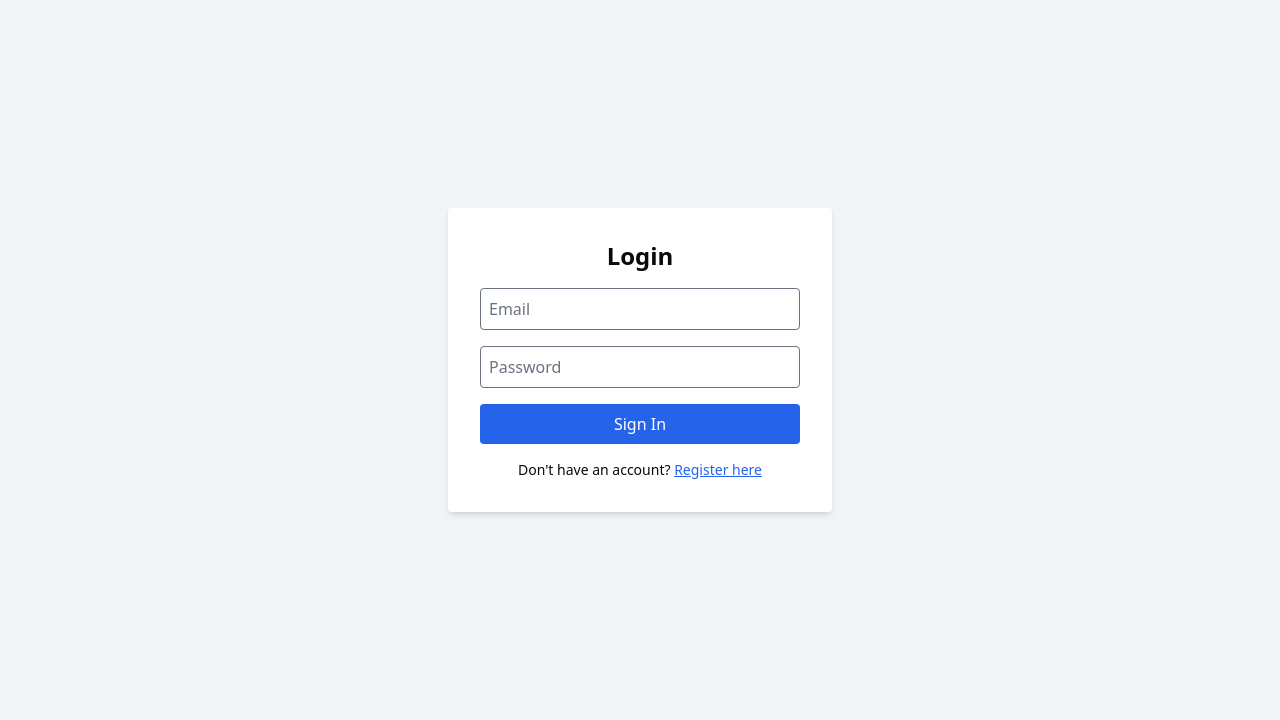
Repository: ruthvik-mt/Trackifi
Page: /login (app in frontend/)
An editor plug-in stored every save of this project. The page is shown before and after the next save, followed by the edit.
The browser window is 1280 px wide. The pictures show the whole page.
The project was rebuilt for these pictures with package versions that can differ from the ones it lists, and the page was loaded fresh each time. Also part of the build but not shown: frontend/vite.config.ts, frontend/src/pages/Auth/Register.tsx, frontend/src/components/Sidebar.tsx, frontend/src/components/Navbar.tsx, frontend/src/pages/Dashboard/Layout.tsx, frontend/src/pages/Dashboard/Dashboard.tsx, frontend/src/pages/Categories/CategoryForm.tsx, frontend/src/api/category.ts and 19 more.

Above is the page before, as saved 2025-07-14 14:31:21.

### frontend/index.html
<!DOCTYPE html>
<html lang="en">
  <head>
    <meta charset="UTF-8" />
    <title>Finance Tracker</title>
  </head>
  <body>
    <div id="root"></div>
    <script type="module" src="/src/main.tsx"></script>
  </body>
</html>

### frontend/src/main.tsx
// import React from "react";
// import ReactDOM from "react-dom/client";
// import App from "./App";
// import "./tailwind.css";

// import { BrowserRouter as Router } from "react-router-dom";
// import { AuthProvider } from "./context/AuthProvider";

// ReactDOM.createRoot(document.getElementById("root")!).render(
//   <React.StrictMode>
//     <Router>
//       <AuthProvider>
//         <App />
//       </AuthProvider>
//     </Router>
//   </React.StrictMode>
// );

import React from "react";
import ReactDOM from "react-dom/client";
import App from "./App";
import "./tailwind.css";
import { AuthProvider } from "./context/AuthProvider";
import { BrowserRouter as Router } from "react-router-dom"; // ✅ Add this

ReactDOM.createRoot(document.getElementById("root")!).render(
  <React.StrictMode>
    <Router> {/* ✅ Wrap everything with Router */}
      <AuthProvider>
        <App />
      </AuthProvider>
    </Router>
  </React.StrictMode>
);

### frontend/src/App.tsx
import { Routes, Route, Navigate } from "react-router-dom";
import Login from "./pages/Auth/Login";
import Register from "./pages/Auth/Register";
import Dashboard from "./pages/Dashboard/Dashboard";
import CategoryList from "./pages/Categories/CategoryList";
import TransactionList from "./pages/Transactions/TransactionList";
import BudgetList from "./pages/Budgets/BudgetList";
import MonthlyTotal from "./pages/Insights/MonthlyTotal";
import CategoryBreakdown from "./pages/Insights/CategoryBreakdown";
import BudgetComparison from "./pages/Insights/BudgetComparison";
import ProtectedRoute from "./components/ProtectedRoute";

export default function App() {
  return (
    <Routes>
      {/* Auth Routes */}
      <Route path="/login" element={<Login />} />
      <Route path="/register" element={<Register />} />

      {/* Protected Routes */}
      <Route
        path="/dashboard"
        element={
          <ProtectedRoute>
            <Dashboard />
          </ProtectedRoute>
        }
      />
      <Route
        path="/categories"
        element={
          <ProtectedRoute>
            <CategoryList />
          </ProtectedRoute>
        }
      />
      <Route
        path="/transactions"
        element={
          <ProtectedRoute>
            <TransactionList />
          </ProtectedRoute>
        }
      />
      <Route
        path="/budgets"
        element={
          <ProtectedRoute>
            <BudgetList />
          </ProtectedRoute>
        }
      />

      {/* ✅ Fixed Insight Routes */}
      <Route
        path="/insights/monthly-total"
        element={
          <ProtectedRoute>
            <MonthlyTotal />
          </ProtectedRoute>
        }
      />
      <Route
        path="/insights/category-breakdown"
        element={
          <ProtectedRoute>
            <CategoryBreakdown />
          </ProtectedRoute>
        }
      />
      <Route
        path="/insights/budget-comparison"
        element={
          <ProtectedRoute>
            <BudgetComparison />
          </ProtectedRoute>
        }
      />

      {/* Fallback Route */}
      <Route path="*" element={<Navigate to="/login" />} />
    </Routes>
  );
}

### frontend/src/tailwind.css
@tailwind base;
@tailwind components;
@tailwind utilities;

@layer base {
  :root {
    --background: 0 0% 100%;
    --foreground: 0 0% 3.9%;
    --card: 0 0% 100%;
    --card-foreground: 0 0% 3.9%;
    --popover: 0 0% 100%;
    --popover-foreground: 0 0% 3.9%;
    --primary: 0 0% 9%;
    --primary-foreground: 0 0% 98%;
    --secondary: 0 0% 96.1%;
    --secondary-foreground: 0 0% 9%;
    --muted: 0 0% 96.1%;
    --muted-foreground: 0 0% 45.1%;
    --accent: 0 0% 96.1%;
    --accent-foreground: 0 0% 9%;
    --destructive: 0 84.2% 60.2%;
    --destructive-foreground: 0 0% 98%;
    --border: 0 0% 89.8%;
    --input: 0 0% 89.8%;
    --ring: 0 0% 3.9%;
    --chart-1: 12 76% 61%;
    --chart-2: 173 58% 39%;
    --chart-3: 197 37% 24%;
    --chart-4: 43 74% 66%;
    --chart-5: 27 87% 67%;
    --radius: 0.5rem;
  }

  .dark {
    --background: 0 0% 3.9%;
    --foreground: 0 0% 98%;
    --card: 0 0% 3.9%;
    --card-foreground: 0 0% 98%;
    --popover: 0 0% 3.9%;
    --popover-foreground: 0 0% 98%;
    --primary: 0 0% 98%;
    --primary-foreground: 0 0% 9%;
    --secondary: 0 0% 14.9%;
    --secondary-foreground: 0 0% 98%;
    --muted: 0 0% 14.9%;
    --muted-foreground: 0 0% 63.9%;
    --accent: 0 0% 14.9%;
    --accent-foreground: 0 0% 98%;
    --destructive: 0 62.8% 30.6%;
    --destructive-foreground: 0 0% 98%;
    --border: 0 0% 14.9%;
    --input: 0 0% 14.9%;
    --ring: 0 0% 83.1%;
    --chart-1: 220 70% 50%;
    --chart-2: 160 60% 45%;
    --chart-3: 30 80% 55%;
    --chart-4: 280 65% 60%;
    --chart-5: 340 75% 55%;
  }
}

@layer base {
  * {
    @apply border-border;
  }

  html, body {
    @apply bg-background text-foreground antialiased;
    min-height: 100%;
  }
}

### frontend/src/context/AuthProvider.tsx
// import { ReactNode, useCallback, useEffect, useState } from "react";
// import { AuthContext } from "./AuthContext";
// import { User } from "@/types/Auth";
// import { getCurrentUser } from "@/api/user";
// import { useNavigate } from "react-router-dom";

// interface Props {
//   children: ReactNode;
// }

// export const AuthProvider = ({ children }: Props) => {
//   const [token, setToken] = useState<string | null>(() =>
//     localStorage.getItem("token")
//   );
//   const [user, setUser] = useState<User | null>(null);
//   const navigate = useNavigate();

//   const logout = useCallback(() => {
//     localStorage.removeItem("token");
//     setToken(null);
//     setUser(null);
//     navigate("/login");
//   }, [navigate]);

//   const fetchUser = useCallback(async () => {
//     try {
//       const userData = await getCurrentUser();
//       setUser(userData);
//     } catch (err) {
//       console.error("Failed to fetch user:", err);
//       logout();
//     }
//   }, [logout]);

//   const login = useCallback(
//     (newToken: string) => {
//       localStorage.setItem("token", newToken);
//       setToken(newToken);
//       fetchUser();
//     },
//     [fetchUser]
//   );

//   useEffect(() => {
//     if (token) {
//       fetchUser();
//     }
//   }, [token, fetchUser]);

//   return (
//     <AuthContext.Provider value={{ token, user, login, logout }}>
//       {children}
//     </AuthContext.Provider>
//   );
// };

import { useState, useEffect } from "react";
import { AuthContext } from "./AuthContext";
import axios from "../axios";

export const AuthProvider = ({ children }: { children: React.ReactNode }) => {
  const [token, setToken] = useState<string | null>(() => localStorage.getItem("token"));

  // Set Authorization header on load (if token exists)
  useEffect(() => {
    if (token) {
      axios.defaults.headers.common["Authorization"] = `Bearer ${token}`;
    }
  }, [token]);

  const login = async (email: string, password: string) => {
    const res = await axios.post("/api/auth/login", { email, password });
    const jwt = res.data.token;

    setToken(jwt);
    localStorage.setItem("token", jwt);
    axios.defaults.headers.common["Authorization"] = `Bearer ${jwt}`; // ✅ set globally
  };

  const logout = () => {
    setToken(null);
    localStorage.removeItem("token");
    delete axios.defaults.headers.common["Authorization"]; // ✅ remove on logout
  };

  return (
    <AuthContext.Provider value={{ token, login, logout }}>
      {children}
    </AuthContext.Provider>
  );
};

### frontend/src/pages/Auth/Login.tsx
// // src/pages/Auth/Login.tsx
// import { useState } from "react";
// import { login as loginApi } from "@/api/auth";  // ✅ alias to avoid name clash
// import { useAuth } from "@/hooks/useAuth";
// import { useNavigate } from "react-router-dom";
// import FormInput from "@/components/FormInput";
// import axios from "axios";

// const Login = () => {
//   const [email, setEmail] = useState("");
//   const [password, setPassword] = useState("");
//   const { login: setToken } = useAuth(); // rename so we don't shadow the API fn
//   const navigate = useNavigate();

//   const handleSubmit = async (e: React.FormEvent) => {
//     e.preventDefault();
//     try {
//       // 👉 make sure loginApi hits `/api/auth/login` inside src/api/auth.ts
//       const { token } = await loginApi({ email, password });
//       setToken(token);          // store JWT in context/localStorage
//       navigate("/dashboard");   // redirect to dashboard
//     } catch (err: unknown) {
//       // Better error reporting
//       if (axios.isAxiosError(err) && err.response) {
//         alert(err.response.data?.message || "Invalid credentials");
//       } else {
//         alert("Login failed");
//       }
//       console.error("Login failed:", err);
//     }
//   };

//   return (
//     <div className="min-h-screen flex items-center justify-center bg-gray-100">
//       <form
//         onSubmit={handleSubmit}
//         className="bg-white p-6 rounded shadow w-96"
//       >
//         <h2 className="text-xl font-bold mb-4">Login</h2>

//         <FormInput
//           label="Email"
//           type="email"
//           value={email}
//           onChange={setEmail}
//         />

//         <FormInput
//           label="Password"
//           type="password"
//           value={password}
//           onChange={setPassword}
//         />

//         <button
//           type="submit"
//           className="w-full bg-blue-600 text-white p-2 rounded mt-4"
//         >
//           Login
//         </button>
//       </form>
//     </div>
//   );
// };

// export default Login;

import { useState } from "react";
import { useAuth } from "../../hooks/useAuth";
import { useNavigate, Link } from "react-router-dom";
import axios from "axios";

export default function Login() {
  const [email, setEmail] = useState("");
  const [password, setPassword] = useState("");
  const [error, setError] = useState("");
  const auth = useAuth();
  const navigate = useNavigate();

  const handleSubmit = async (e: React.FormEvent) => {
    e.preventDefault();
    setError("");

    try {
      await auth.login(email, password);
      navigate("/dashboard");
    } catch (err: unknown) {
      // ✅ Better error handling using AxiosError
      if (axios.isAxiosError(err)) {
        if (err.response?.status === 401) {
          setError("Invalid credentials. Please try again.");
        } else {
          setError("Server error. Please try again later.");
        }
      } else {
        setError("Something went wrong. Please try again.");
      }
    }
  };

  return (
    <div className="min-h-screen flex items-center justify-center bg-gray-100">
      <form
        onSubmit={handleSubmit}
        className="bg-white p-8 rounded shadow-md w-full max-w-sm space-y-4"
      >
        <h2 className="text-2xl font-bold text-center">Login</h2>

        <input
          className="w-full p-2 border rounded"
          placeholder="Email"
          value={email}
          onChange={(e) => setEmail(e.target.value)}
          type="email"
          required
        />

        <input
          className="w-full p-2 border rounded"
          placeholder="Password"
          value={password}
          onChange={(e) => setPassword(e.target.value)}
          type="password"
          required
        />

        {error && <p className="text-red-500 text-sm">{error}</p>}

        <button
          className="w-full bg-blue-600 text-white py-2 rounded hover:bg-blue-700 transition"
          type="submit"
        >
          Sign In
        </button>

        <p className="text-sm text-center">
          Don't have an account?{" "}
          <Link to="/register" className="text-blue-600 underline">
            Register here
          </Link>
        </p>
      </form>
    </div>
  );
}

### frontend/src/context/AuthContext.tsx
// import { createContext } from "react";
// import { User } from "@/types/Auth";

// export interface AuthContextType {
//   token: string | null;
//   user: User | null;
//   login: (token: string) => void;
//   logout: () => void;
// }

// export const AuthContext = createContext<AuthContextType>({
//   token: null,
//   user: null,
//   login: () => {},
//   logout: () => {},
// });

// src/context/AuthContext.ts
import { createContext } from "react";

export interface AuthContextType {
  token: string | null;
  login: (email: string, password: string) => Promise<void>;
  logout: () => void;
}

export const AuthContext = createContext<AuthContextType>(
  {} as AuthContextType // ✅ Safe for use without null-checks
);

### frontend/src/axios.ts
// // src/axios.ts
// import axios from "axios";

// const axiosInstance = axios.create({
//   baseURL: "http://localhost:8080/api",
// });

// axiosInstance.interceptors.request.use((config) => {
//   const token = localStorage.getItem("token");
//   if (token && config.headers) {
//     config.headers.Authorization = `Bearer ${token}`;
//   }
//   return config;
// });

// export default axiosInstance;

// src/axios.ts
// src/axios.ts
import axios from "axios";

const instance = axios.create({
  baseURL: "", // <-- frontend sends /api/... and Vite handles the proxy
  headers: {
    "Content-Type": "application/json",
  },
});

instance.interceptors.request.use((config) => {
  const token = localStorage.getItem("token");
  if (token) {
    config.headers = config.headers || {};
    config.headers["Authorization"] = `Bearer ${token}`;
  }
  return config;
});

export default instance;

### frontend/src/hooks/useAuth.ts
// import { useContext } from "react";
// import { AuthContext } from "@/context/AuthContext";

// export const useAuth = () => useContext(AuthContext);

import { useContext } from "react";
import { AuthContext } from "../context/AuthContext";

export const useAuth = () => {
  const ctx = useContext(AuthContext);
  if (!ctx) throw new Error("useAuth must be used inside <AuthProvider>");
  return ctx;
};

### frontend/tailwind.config.js
/** @type {import('tailwindcss').Config} */
module.exports = {
  darkMode: ["class"],

  content: [
    "./index.html",
    "./src/**/*.{js,ts,jsx,tsx}",
  ],

  theme: {
    container: {
      center: true,
      padding: "1rem",
      screens: {
        sm: "100%",
        md: "768px",
        lg: "1024px",
        xl: "1280px",
      },
    },

    extend: {
      borderRadius: {
        lg: 'var(--radius)',
        md: 'calc(var(--radius) - 2px)',
        sm: 'calc(var(--radius) - 4px)',
      },
      colors: {
        background: 'hsl(var(--background) / <alpha-value>)',
        foreground: 'hsl(var(--foreground) / <alpha-value>)',
        card: {
          DEFAULT: 'hsl(var(--card) / <alpha-value>)',
          foreground: 'hsl(var(--card-foreground) / <alpha-value>)'
        },
        popover: {
          DEFAULT: 'hsl(var(--popover) / <alpha-value>)',
          foreground: 'hsl(var(--popover-foreground) / <alpha-value>)'
        },
        primary: {
          DEFAULT: 'hsl(var(--primary) / <alpha-value>)',
          foreground: 'hsl(var(--primary-foreground) / <alpha-value>)'
        },
        secondary: {
          DEFAULT: 'hsl(var(--secondary) / <alpha-value>)',
          foreground: 'hsl(var(--secondary-foreground) / <alpha-value>)'
        },
        muted: {
          DEFAULT: 'hsl(var(--muted) / <alpha-value>)',
          foreground: 'hsl(var(--muted-foreground) / <alpha-value>)'
        },
        accent: {
          DEFAULT: 'hsl(var(--accent) / <alpha-value>)',
          foreground: 'hsl(var(--accent-foreground) / <alpha-value>)'
        },
        destructive: {
          DEFAULT: 'hsl(var(--destructive) / <alpha-value>)',
          foreground: 'hsl(var(--destructive-foreground) / <alpha-value>)'
        },
        border: 'hsl(var(--border) / <alpha-value>)',
        input: 'hsl(var(--input) / <alpha-value>)',
        ring: 'hsl(var(--ring) / <alpha-value>)',
        chart: {
          '1': 'hsl(var(--chart-1) / <alpha-value>)',
          '2': 'hsl(var(--chart-2) / <alpha-value>)',
          '3': 'hsl(var(--chart-3) / <alpha-value>)',
          '4': 'hsl(var(--chart-4) / <alpha-value>)',
          '5': 'hsl(var(--chart-5) / <alpha-value>)'
        }
      },
      screens: {
        xs: "480px",
        sm: "640px",
        md: "768px",
        lg: "1024px",
        xl: "1280px",
        "2xl": "1536px"
      }
    }
  },

  plugins: [
    require("tailwindcss-animate"),
    require("@tailwindcss/forms"),
    require("@tailwindcss/typography"),
  ],
};

After the next save:
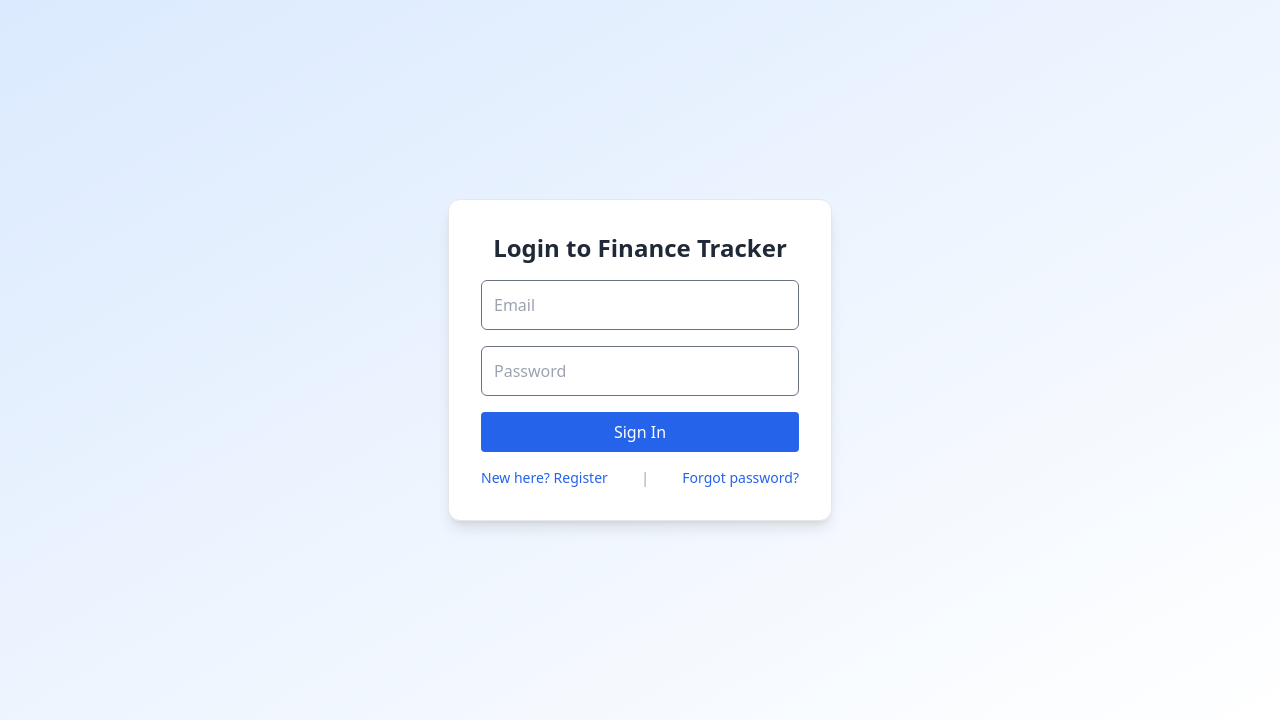
Saved 3 min 19 s later.
--- a/frontend/src/pages/Auth/Login.tsx
+++ b/frontend/src/pages/Auth/Login.tsx
@@ -1,74 +1,8 @@
-// // src/pages/Auth/Login.tsx
-// import { useState } from "react";
-// import { login as loginApi } from "@/api/auth";  // ✅ alias to avoid name clash
-// import { useAuth } from "@/hooks/useAuth";
-// import { useNavigate } from "react-router-dom";
-// import FormInput from "@/components/FormInput";
-// import axios from "axios";
-
-// const Login = () => {
-//   const [email, setEmail] = useState("");
-//   const [password, setPassword] = useState("");
-//   const { login: setToken } = useAuth(); // rename so we don't shadow the API fn
-//   const navigate = useNavigate();
-
-//   const handleSubmit = async (e: React.FormEvent) => {
-//     e.preventDefault();
-//     try {
-//       // 👉 make sure loginApi hits `/api/auth/login` inside src/api/auth.ts
-//       const { token } = await loginApi({ email, password });
-//       setToken(token);          // store JWT in context/localStorage
-//       navigate("/dashboard");   // redirect to dashboard
-//     } catch (err: unknown) {
-//       // Better error reporting
-//       if (axios.isAxiosError(err) && err.response) {
-//         alert(err.response.data?.message || "Invalid credentials");
-//       } else {
-//         alert("Login failed");
-//       }
-//       console.error("Login failed:", err);
-//     }
-//   };
-
-//   return (
-//     <div className="min-h-screen flex items-center justify-center bg-gray-100">
-//       <form
-//         onSubmit={handleSubmit}
-//         className="bg-white p-6 rounded shadow w-96"
-//       >
-//         <h2 className="text-xl font-bold mb-4">Login</h2>
-
-//         <FormInput
-//           label="Email"
-//           type="email"
-//           value={email}
-//           onChange={setEmail}
-//         />
-
-//         <FormInput
-//           label="Password"
-//           type="password"
-//           value={password}
-//           onChange={setPassword}
-//         />
-
-//         <button
-//           type="submit"
-//           className="w-full bg-blue-600 text-white p-2 rounded mt-4"
-//         >
-//           Login
-//         </button>
-//       </form>
-//     </div>
-//   );
-// };
-
-// export default Login;
-
 import { useState } from "react";
 import { useAuth } from "../../hooks/useAuth";
 import { useNavigate, Link } from "react-router-dom";
 import axios from "axios";
+import { motion } from "framer-motion";
 
 export default function Login() {
   const [email, setEmail] = useState("");
@@ -85,7 +19,6 @@ export default function Login() {
       await auth.login(email, password);
       navigate("/dashboard");
     } catch (err: unknown) {
-      // ✅ Better error handling using AxiosError
       if (axios.isAxiosError(err)) {
         if (err.response?.status === 401) {
           setError("Invalid credentials. Please try again.");
@@ -99,15 +32,20 @@ export default function Login() {
   };
 
   return (
-    <div className="min-h-screen flex items-center justify-center bg-gray-100">
-      <form
+    <div className="min-h-screen flex items-center justify-center bg-gradient-to-br from-blue-100 to-white dark:from-gray-900 dark:to-gray-950">
+      <motion.form
         onSubmit={handleSubmit}
-        className="bg-white p-8 rounded shadow-md w-full max-w-sm space-y-4"
+        className="bg-white dark:bg-gray-900 border border-gray-200 dark:border-gray-700 rounded-xl p-8 w-full max-w-sm shadow-lg space-y-4"
+        initial={{ opacity: 0, y: 20 }}
+        animate={{ opacity: 1, y: 0 }}
+        transition={{ duration: 0.4 }}
       >
-        <h2 className="text-2xl font-bold text-center">Login</h2>
+        <h2 className="text-2xl font-bold text-center text-gray-800 dark:text-white">
+          Login to Finance Tracker
+        </h2>
 
         <input
-          className="w-full p-2 border rounded"
+          className="w-full p-3 border rounded-md bg-white dark:bg-gray-800 text-black dark:text-white placeholder-gray-400 dark:placeholder-gray-500 focus:outline-none focus:ring-2 focus:ring-blue-500"
           placeholder="Email"
           value={email}
           onChange={(e) => setEmail(e.target.value)}
@@ -116,7 +54,7 @@ export default function Login() {
         />
 
         <input
-          className="w-full p-2 border rounded"
+          className="w-full p-3 border rounded-md bg-white dark:bg-gray-800 text-black dark:text-white placeholder-gray-400 dark:placeholder-gray-500 focus:outline-none focus:ring-2 focus:ring-blue-500"
           placeholder="Password"
           value={password}
           onChange={(e) => setPassword(e.target.value)}
@@ -124,22 +62,29 @@ export default function Login() {
           required
         />
 
-        {error && <p className="text-red-500 text-sm">{error}</p>}
+        {error && <p className="text-sm text-red-500">{error}</p>}
 
         <button
-          className="w-full bg-blue-600 text-white py-2 rounded hover:bg-blue-700 transition"
           type="submit"
+          className="w-full bg-blue-600 hover:bg-blue-700 text-white py-2 rounded transition"
         >
           Sign In
         </button>
 
-        <p className="text-sm text-center">
-          Don't have an account?{" "}
-          <Link to="/register" className="text-blue-600 underline">
-            Register here
+        <div className="flex justify-between text-sm text-muted-foreground">
+          <Link to="/register" className="hover:underline text-blue-600 dark:text-blue-400">
+            New here? Register
           </Link>
-        </p>
-      </form>
+          <span className="text-gray-400">|</span>
+          <button
+            type="button"
+            className="text-blue-600 hover:underline dark:text-blue-400"
+            onClick={() => alert("Forgot password flow not implemented yet.")}
+          >
+            Forgot password?
+          </button>
+        </div>
+      </motion.form>
     </div>
   );
 }
